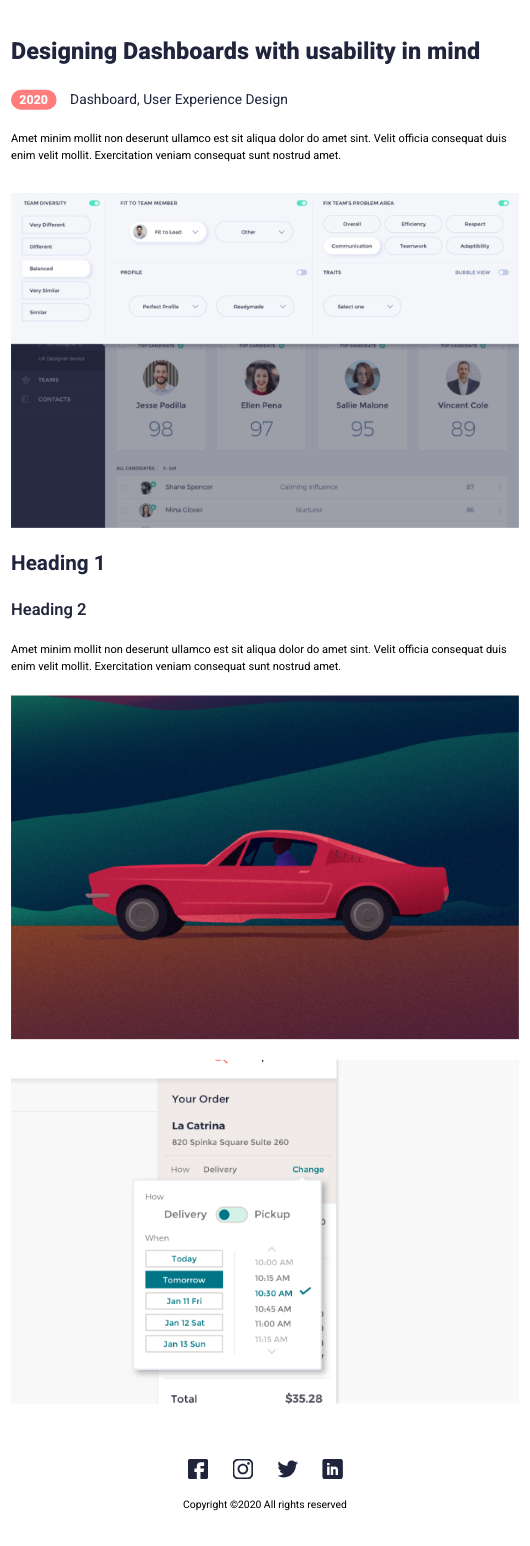
Repository: sharma171/portfolio
Page: /detailed
These files come from the project's save history. The page is drawn as it stood at one moment and after the next save; the edit follows.
The browser window is 768 px wide. The pictures show the whole page, at 69% of full size.
The project was rebuilt for these pictures with package versions that can differ from the ones it lists, and the page was loaded fresh each time. The framework's server and built-in components were replaced by stand-ins that run in the browser. Also part of the build but not shown: next.config.mjs.

Above is the page before, as saved 2024-06-02 22:33:26.

### src/app/layout.js

import "./globals.css";


export const metadata = {
  title: "Portfolio Website",
  description: "Blogging and projects site",
};

export default function RootLayout({ children }) {
  return (
    <html lang="en">
      <body>{children}</body>
    </html>
  );
}

### src/app/detailed/layout.jsx


export const metadata = {
    title: "Portfolio Website",
    description: "Blogging and projects site",
};

export default function RootLayout({ children}) {
    return (
        <html lang="en">
            <body>
                {children}
            </body>
        </html>
    );
}

### src/app/detailed/page.jsx
import React from "react";
import "../../app/globals.css";
import Image from "next/image";
import "../page.css"
import Header from "../../components/Header"
import Footer from "../../components/Footer"
import Featured1 from "../../../public/work/detailedOne.png";
import Featured2 from "../../../public/work/detailedTwo.png";
import Featured3 from "../../../public/work/detailedThree.png";

export default function DetailPage() {
    return (
        <>
        <Header />
        <section className="detailed">
            <div className="container">
                <div className="detailed-inner">
                    <h1 className="main-heading">
                    Designing Dashboards with usability in mind
                    </h1>
                    <div className="det-row">
                        <span className="date">2020</span>
                        <span className="topic">Dashboard, User Experience Design</span>
                    </div>
                    <h2 className="subheading">
                        Amet minim mollit non deserunt ullamco est sit aliqua dolor do amet sint. Velit officia consequat duis enim velit mollit. Exercitation veniam consequat sunt nostrud amet.
                    </h2>
                    <Image src={Featured1} alt="featured" className="full-w-thumb" />
                    <h1>Heading 1</h1>
                    <h2>Heading 2</h2>
                    <p className="subheading">
                        Amet minim mollit non deserunt ullamco est sit aliqua dolor do amet sint. Velit officia consequat duis enim velit mollit. Exercitation veniam consequat sunt nostrud amet.
                    </p>
                    <Image src={Featured2} alt="featured" className="full-w-thumb" />
                    <Image src={Featured3} alt="featured" className="full-w-thumb" />
                </div>
            </div>
        </section>
        <Footer />
        </>
    );
}

### src/app/globals.css
@import url('https://fonts.googleapis.com/css2?family=Heebo:wght@100..900&display=swap');

:root {
  --max-width: 1180px;
  --border-radius: 12px;
  --font-mono: ui-monospace, Menlo, Monaco, "Cascadia Mono", "Segoe UI Mono",
    "Roboto Mono", "Oxygen Mono", "Ubuntu Monospace", "Source Code Pro",
    "Fira Mono", "Droid Sans Mono", "Courier New", monospace;
  --main-font: "Heebo", sans-serif;
  --weight--300: 300;
  --weight--400: 400;
  --weight--500: 500;
  --weight--600: 600;
  --weight--700: 700;
  --weight--800: 800;
  --weight--900: 900;
  --hero-button: #FF6464;
  --text-color: #21243D;
}

* {
  box-sizing: border-box;
  padding: 0;
  margin: 0;
}

html,
body {
  max-width: 100vw;
  overflow-x: hidden;
  font-family: var(--main-font);
}

a {
  color: inherit;
  text-decoration: none;
}
.container {
  max-width: var(--max-width);
  margin: 0 auto;
  padding: 0 1rem;
}
header {
  background: #fff;
}
header .header-logo {
  width: 1rem;
  height: auto;
}
.nav {
  display: flex;
  flex-direction: row;
  justify-content:space-between;
  max-width: 1280px;
  margin: 0 auto;
  padding: 0 1rem;
}
.navMenu {
  display: flex;
  flex-direction: row;
  align-items: center;
}
.navMenu .navLink {
  font-size: 1.25rem;
  font-weight: var(--weight--600);
  color: var(--primary-color);
  margin: 30px;
}
/* ------------------------ Footer ---------------------------------------- */
footer {
  background: #fff;
  padding: 50px 0;
}

footer .footer-inner {
  display: flex;
  flex-direction: column;
  justify-content: center;
  align-items: center;
  gap: 18px;
}
footer .social-row {
  display: flex;
  flex-direction: row;
  justify-content: space-between;
  align-items: center;
  gap: 35px;
}
footer .social-row .social .social-img {
  width: 30px;
  image: 30px;
}
footer .footer-inner .copyright {
  font-size: 15px;
}
.mob-menu {
  display: none;
}
@media (max-width: 991px) {
  .navMenu {
    display: none;
  }
  .mob-menu {
    display: none;
  }
}

### src/app/page.css
.main {
  display: flex;
  flex-direction: column;
  min-height: 100vh;
}
/* ----------------- hero section ----------------- */
.hero .hero-row {
  display: flex;
  flex-direction: row;
}
.hero .hero-lhs {
  width: 70%;
}
.hero .hero-lhs .hero-cta {
  display: flex;
  flex-direction: column;
  gap: 40px;
  margin-top: 140px;
  margin-bottom: 70px;
}
.hero .hero-lhs .hero-cta .main-head {
  font-size: 44px;
  line-height: 3.75rem;
  font-weight: 700;
}
.hero .hero-lhs .hero-cta .sub-head {
  font-size: 16px;
  line-height: 1.5rem;
  font-weight: 400;
  max-width: 500px;
}
.hero .hero-lhs .hero-cta .cta-button {
  padding: 14px 20px;
  font-size: 1.15rem;
  line-height: 19px;
  font-weight: 500;
  font-family: "Heebo", sans-serif;
  margin-right: auto;
  background: var(--hero-button);
  color: #fff;
  border: none;
}
.hero .hero-rhs {
  width: 30%;
  display: flex;
  justify-content: flex-start;
  align-items: center;
}
.hero .hero-rhs .hero-img {
  position: relative;
}
.hero .hero-rhs .hero-img .image {
  width: 283px;
  height: 283px;
  z-index: 1;

}
.hero .hero-rhs .hero-img::after {
  content: "";
  position: absolute;
  top: 13px;
  left: -5px;
  width: 283px;
  height: 283px;
  background: #EDF7FA;
  z-index: -1;
  border-radius: 300px;
}

/* -------------------------  Home Blog Section --------------------------------------- */

.home-blog {
  background: #EDF7FA;
}
.home-blog .blog-head {
  display: flex;
  flex-direction: row;
  justify-content: space-between;
  align-items: center;
  margin-top: 7px;
}
.home-blog .blog-head .heading {
  font-size: 22px;
  line-height: 60px;
  font-weight: 400;
  color: var(--text-color);
}
.home-blog .blog-head .more-link {
  font-size: 16px;
  font-weight: 400;
  color: #00A8CC;
}

/* ----------------------- Blog Carousel ----------------------------------------- */
.blog-carousel .blog-image {
  display: none;
}
.blog-carousel {
  display: flex;
  flex-direction:row;
  overflow: hidden;
  max-width: 100%;
  padding-bottom: 32px;
}
.blog-carousel .blog-item {
  background-color: #fff;
  box-shadow: #bbe1fa3d 0 4px 10px 0;
  padding: 25px;
  display: flex;
  flex-direction: column;
  gap: 25px;
}
.blog-carousel .blog-item:nth-child(odd){
  margin-right: 10px;
}
.blog-carousel .blog-item:nth-child(even) {
  margin-left: 10px;
}
.blog-carousel .blog-item .blog-item-head {
  /* margin-bottom: 17px; */
}
.blog-carousel .blog-item .blog-item-head .head {
  font-size: 32px;
  line-height: 1.3em;
  font-weight: 700;
  color: var(--text-color);
}
.blog-carousel .blog-info {
  display: flex;
  flex-direction: row;
  gap: 25px;
  /* margin-bottom: 11px; */
}
.blog-carousel .blog-info .divline {
  width: 1px;
  height: 15.799999999999958px;
  margin-top: 4px;
  background: var(--text-color);
}
.blog-carousel .blog-info .date {
  font-size: 18px;
  line-height: 26px;
  color: var(--text-color);
  font-weight: 400;
}
.blog-carousel .blog-info .author {
  font-size: 18px;
  line-height: 26px;
  color: var(--text-color);
  font-weight: 400;
}
.blog-carousel .blog-info .blog-para .para{
  font-size: 16px;
  line-height: 24px;
  color: var(--text-color);
  font-weight: 400;
}

/* ---------------------------- Featured Works -------------------------------------------------------------------- */

.featured-home {
  background: #fff;
}
.featured-home .top-heading {
  display: flex;
  flex-direction: row;
  justify-content: space-between;
  align-items: center;
  margin-top: 17px;
  margin-bottom: 22px;
}
.featured-home .top-heading .head {
  font-size: 22px;
  color: var(--text-color);
  line-height: 60px;
  font-weight: 500;
}
.workcards {
  display: flex;
  flex-direction: column;
  gap: 40px;
  padding-bottom: 80px;
}
.workcards .card-item {
  display: flex;
  flex-direction: row;
  position: relative;
}
.workcards .card-item::after{
  content: "";
  position: absolute;
  top: calc(100% + 20px);
  left: 0;
  width: 100%;
  height: 1px;
  background: #E0E0E0;
}
.workcards .card-item .card-thumb {
  width: 250px;
  height: 180px;
  margin-right: 18px;
}
.workcards .card-item .card-thumb .thumb-img {
  width: 250px;
  height: 180px;
  object-fit: cover;
  border-radius:6px;
}
.workcards .card-item .card-info {
  display: flex;
  flex-direction: column;
  margin-left: 18px;
  gap: 24px;
}
.workcards .card-item .card-info .heading {
  font-size: 32px;
  font-weight: 800;
  line-height: 30px;
  color: var(--text-color);
}
.workcards .card-item .card-info .info-row {
  display: flex;
  flex-direction: row;
  gap: 25px;
}
.workcards .card-item .card-info .info-row .date {
  font-size: 18px;
  line-height: 17px;
  font-weight: 900;
  padding: 6px 10px 5px 10px;
  border-radius: 16px;
  color: #fff;
  background: #142850;
}
.workcards .card-item .card-info .info-row .topic {
  font-size: 20px;
  color: #8695A4;
}
.workcards .card-item .card-info .info-para {
  font-size: 18px;
  line-height: 24px;
  color: #21243D;
  font-weight: 400;
  width: 90%;
}
/* ------------------------------ Category Pages -------------- */
.work-category .container {
  max-width: 900px;
}
.blog-category .container {
  max-width: 900px;
}
.cat-head {
  padding-top: 80px;
  padding-bottom: 25px;
}
.cat-head h3 {
  font-size: 44px;
  line-height: 60px;
  font-weight: 700;
}
.blog-cards {
  display: flex;
  flex-direction: column;
  gap: 60px;
  padding-bottom: 80px;
}
.blog-cards .card-item {
  display: flex;
  flex-direction: column;
  gap: 10px;
  position: relative;
}
.blog-cards .card-item::after {
  content: "";
  position: absolute;
  top: calc(100% + 30px);
  left: 0;
  width: 100%;
  height: 1px;
  background: #E0E0E0;
}
.blog-cards .card-item .info-row .width-div {
  width: 1px;
  height: 15.799999999999958px;
  margin-top: 4px;
  background: var(--text-color);
}
.blog-cards .card-item .heading {
  font-size: 30px;
  font-weight: 600;
  line-height: 44px;
  color: var(--text-color);
}
.blog-cards .card-item .info-row {
  display: flex;
  flex-direction: row;
  gap: 20px;
}
.blog-cards .card-item .info-row .date {
  font-size: 20px;
  line-height: 29px;
  color: var(--text-color);
  font-weight: 400;
}
.blog-cards .card-item .info-row .topic {
  font-size: 20px;
  line-height: 29px;
  color: #8695A4;
  font-weight: 400;
}
.blog-cards .card-item .info-para {
  font-size: 16px;
  line-height: 24px;
  color: var(--text-color);
}
/* --------------------------- Detailed Page ------------------------------------------------------------- */
.detailed .container {
  max-width: 1000px;
}
.detailed .detailed-inner {
  display: flex;
  flex-direction: column;
  gap: 30px;
  padding-top: 50px;
  padding-bottom: 30px;
}
.detailed .detailed-inner h1.main-heading {
  font-size: 34px;
  line-height: 50px;
  font-weight: 800;
  color: var(--text-color);
}
.detailed .detailed-inner .det-row {
  display: flex;
  flex-direction: row;
  gap: 20px;
}
.detailed .detailed-inner .det-row .date {
  font-size: 18px;
  font-weight: 800;
  padding: 7px 12px 4px 12px;
  color: #fff;
  line-height: 17px;
  background: #FF7C7C;
  border-radius: 50px;
}
.detailed .detailed-inner .det-row .topic {
  font-size: 20px;
  line-height: 29px;
  font-weight: 400;
  color: var(--text-color);
}
.detailed .detailed-inner h2.subheading {
  font-size: 16px;
  line-height: 24px;
  color: #000;
  font-weight: 400;
}
.detailed .detailed-inner .full-w-thumb {
  width: 100%;
  height:auto;
  aspect-ratio: 680/460;
  object-fit: cover;
}
.detailed .detailed-inner h1 {
  font-size:30px;
  line-height: 45px;
  color: var(--text-color);
  font-weight: 700;
}
.detailed .detailed-inner h2 {
  font-size: 24;
  line-height: 30px;
  color: var(--text-color);
  font-weight: 600;
}

### src/components/Header.jsx
import React from "react";
import "../app/globals.css";
import Hambmenu from "../../public/hamb-menu.svg"
import Image from "next/image";

const navLink = [
    {
        name: "Work",
        link: "/"
    },
    {
        name: "Blog",
        link: "/blog"
    },
    {
        name: "Contact",
        link: "/contact"
    },
]

const Header = () => {
    return(
        <header>
            <nav className="nav">
                <a href="/">

                </a>
                <div className="navMenu">
                    {navLink.map((item, index) => (
                        <a href={item.link} className="navLink" key={index}>{item.name}</a>
                    ))}
                </div>
                <div className="mob-menu">
                    <Image src={Hambmenu} alt="hambmenu" className="hambmenu" />
                    <div className="mob-list">
                        {navLink.map((item, index) => (
                            <a href={item.link} className="moblink" key={index}>{item.name}</a>
                        ))}
                    </div>
                </div>
            </nav>
        </header>
    )
}

export default Header;

### src/components/Footer.jsx
import React from "react";

import Image from "next/image"

import FacebookIcon from "../../public/social/facebook.svg"
import InstagramIcon from "../../public/social/instagram.svg"
import TwitterIcon from "../../public/social/twitter.svg"
import LinkedinIcon from "../../public/social/Linkedin.svg"

const Footer = () => {
    return(
        <>
        <footer>
            <div className="container">
                <div className="footer-inner">
                    <div className="social-row">
                        <a href="" className="social">
                            <Image src={FacebookIcon} alt="icon" className="social-img" />
                        </a>
                        <a href="" className="social">
                            <Image src={InstagramIcon} alt="icon" className="social-img" />
                        </a>
                        <a href="" className="social">
                            <Image src={TwitterIcon} alt="icon" className="social-img" />
                        </a>
                        <a href="" className="social">
                            <Image src={LinkedinIcon} alt="icon" className="social-img" />
                        </a>
                    </div>
                    <span className="copyright">
                        Copyright ©2020 All rights reserved
                    </span>
                </div>
            </div>
        </footer>
        </>
    )
};
export default Footer;

After the next save:
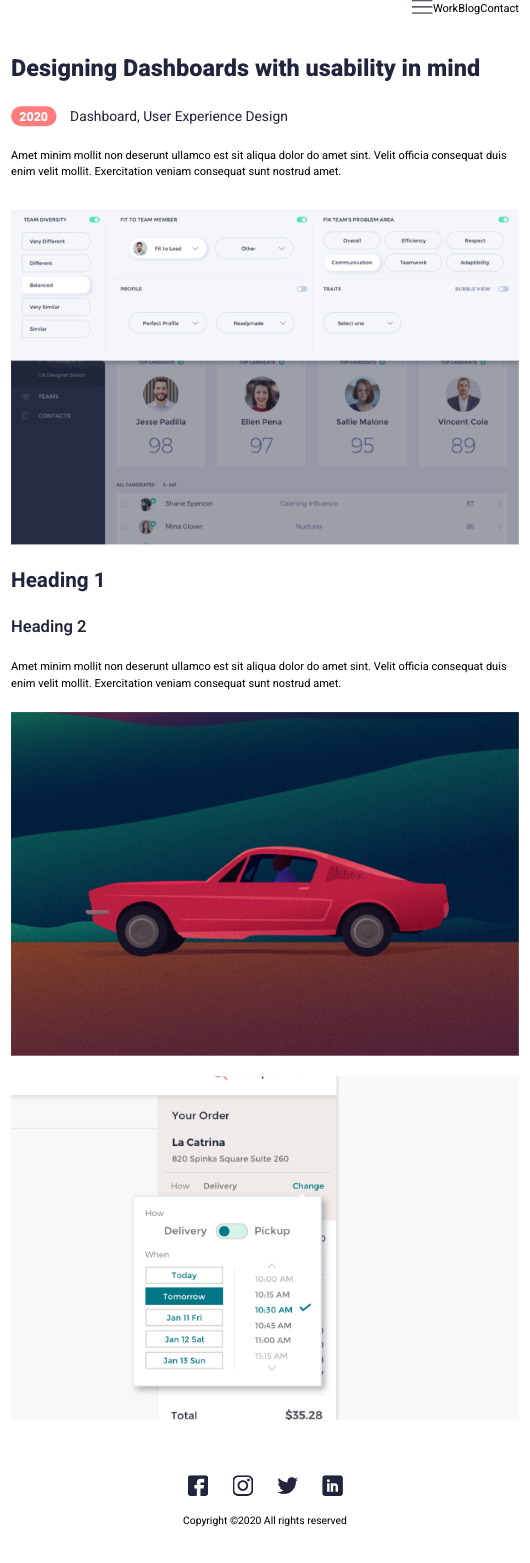
Saved 6 s later.
--- a/src/app/globals.css
+++ b/src/app/globals.css
@@ -101,6 +101,6 @@ footer .footer-inner .copyright {
     display: none;
   }
   .mob-menu {
-    display: none;
+    display: flex;
   }
 }
